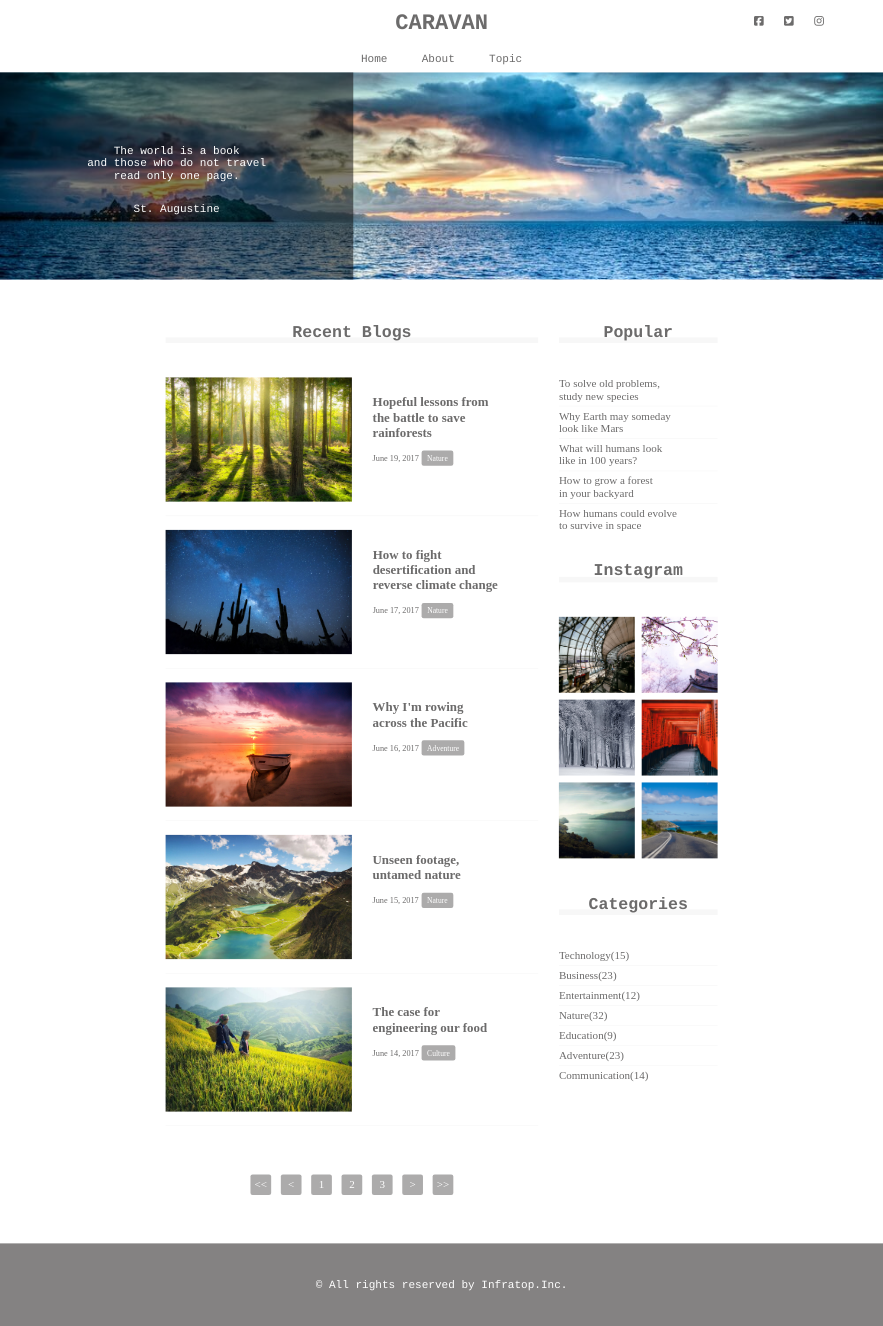
Repository: alamsamiha/html_css
Page: caravan/index.html
The author's editor kept a record of every edit. The page is drawn from the files as they stood at one moment, then again after the next edit.
The browser window is 1280 px wide. The pictures show the whole page, at 69% of full size.
Some web libraries are served in a nearby version.

Above is the page before.

### caravan/index.html
<!DOCTYPE html>
<html lang="ja">
  <head>
    <meta charset="UTF-8" />
    <meta name="viewport" content="width=device-width,initial-scale=1.0">
    <script src="https://kit.fontawesome.com/ce25878881.js" crossorigin="anonymous"></script>
    <!-- CSSファイルの読み込み -->
    <link rel="stylesheet" href="style.css" />
    <title>CARAVAN</title>
  </head>

  <body>

    <!-- header -->
    <header>
      <h1 class="heading">
        <a href="index.html">
          CARAVAN
        </a>
      </h1>
      <div class="social">
        <i class="fab fa-facebook-square"></i>
        <i class="fab fa-twitter-square"></i>
        <i class="fab fa-instagram"></i>
      </div>
    </header>

    <!-- navigation -->
    <nav>
      <ul class="nav-list">
        <li class="nav-list-item">
          <a href="index.html">Home</a>
        </li>
        <li class="nav-list-item">About</li>
        <li class="nav-list-item">Topic</li>
      </ul>
    </nav>

    <!-- main-visual用のdiv -->
    <div class="main-visual">
      <div class="main-visual-content">
        <!-- pタグ（と文字）を追加 -->
        <p class="main-visual-text">
          The world is a book<br />
          and those who do not travel<br />
          read only one page.
        </p>
        <p class="main-visual-name">
          St. Augustine
        </p>
      </div>
    </div>

    <!-- main用のdiv -->
    <main>
      <section class="blog">
        <h2 class="blog-heading">Recent Blogs</h2>
        <div class="blog-box">
          <div class="blog-item">
            <img class="blog-image" src="img/forest.jpg" />
            <section class="blog-text">
              <h3 class="blog-text-heading">
                <a href="single.html">
                  Hopeful lessons from<br>
                  the battle to save<br>
                  rainforests
                </a>
              </h3>
              <p class="blog-date">June 19, 2017</p>
              <span class="category">Nature</span>
            </section>
          </div>
          <div class="blog-item">
            <img class="blog-image" src="img/desert.jpg" />
            <section class="blog-text">
              <h3 class="blog-text-heading">
                <a href="single.html">
                  How to fight<br>
                  desertification and<br>
                  reverse climate change
                </a>
              </h3>
              <p class="blog-date">June 17, 2017</p>
              <span class="category">Nature</span>
            </section>
          </div>
          <div class="blog-item">
            <img class="blog-image" src="img/sunset.jpg" />
            <section class="blog-text">
              <h3 class="blog-text-heading">
                <a href="single.html">
                  Why I'm rowing<br>
                  across the Pacific
                </a>
              </h3>
              <p class="blog-date">June 16, 2017</p>
              <span class="category">Adventure</span>
            </section>
          </div>
          <div class="blog-item">
            <img class="blog-image" src="img/italy.jpg" />
            <section class="blog-text">
              <h3 class="blog-text-heading">
                <a href="single.html">
                  Unseen footage,<br>
                  untamed nature
                </a>
              </h3>
              <p class="blog-date">June 15, 2017</p>
              <span class="category">Nature</span>
            </section>
          </div>
          <div class="blog-item">
            <img class="blog-image" src="img/asia.jpg" />
            <section class="blog-text">
              <h3 class="blog-text-heading">
                <a href="single.html">
                  The case for<br>
                  engineering our food
                </a>
              </h3>
              <p class="blog-date">June 14, 2017</p>
              <span class="category">Culture</span>
            </section>
          </div>
        </div>
        <div class="pagination">
          <p><<</p>
          <p><</p>
          <p>1</p>
          <p>2</p>
          <p>3</p>
          <p>></p>
          <p>>></p>
        </div>
      </section>
      <div class="sidebar">
        <section class="popular">
          <h2 class="popular-heading common-heading">Popular</h2>
          <div class="sidebar-contents">
            <p class="popular-text">To solve old problems,<br>study new species</p>
            <p class="popular-text">Why Earth may someday<br>look like Mars</p>
            <p class="popular-text">What will humans look<br>like in 100 years?</p>
            <p class="popular-text">How to grow a forest<br>in your backyard</p>
            <p class="popular-text">How humans could evolve<br>to survive in space</p>
          </div>
        </section>
        <section class="instagram">
          <h2 class="instagram-heading common-heading">Instagram</h2>
          <div class="sidebar-contents">
            <div class="instagram-box"></div>
            <div class="instagram-box"></div>
            <div class="instagram-box"></div>
            <div class="instagram-box"></div>
            <div class="instagram-box"></div>
            <div class="instagram-box"></div>
          </div>
        </section>
        <section class="categories">
          <h2 class="categories-heading common-heading">Categories</h2>
          <div class="sidebar-contents">
            <p class="categories-text">Technology(15)</p>
            <p class="categories-text">Business(23)</p>
            <p class="categories-text">Entertainment(12)</p>
            <p class="categories-text">Nature(32)</p>
            <p class="categories-text">Education(9)</p>
            <p class="categories-text">Adventure(23)</p>
            <p class="categories-text">Communication(14)</p>
          </div>
        </section>
      </div>
    </main>

    <!-- footer -->
    <footer>
      <p class="footer-text">© All rights reserved by Infratop.Inc.</p>
    </footer>

  </body>
</html>

### caravan/style.css
/* ブラウザがそれぞれ持っているCSSをリセットするための記述 */
* {
  margin: 0;
  padding: 0;
  box-sizing: border-box;
  color: #6c6b6b;
}

a {
  text-decoration: none;
}

header, nav, h2, .main-visual, footer {
  font-family: Chalkduster, "Bradley Hand", Courier, "Segoe Print", sans-serif;
}

header {
  width: 90%; /* 横幅90% */
  padding: 15px 0;
  margin: 0 auto;
  text-align: center;
  position: relative; /* #socialの基準位置を相対位置へ変更する */
}

header .heading {
  /* headerタグ内のheadingクラスにのみ反映される */
  font-size: 32px;
}

.social {
  position: absolute; /* headerの左上を基準に絶対位置で指定する */
  top: 22px; /* headerの左上から22px下側へ移動する */
  right: 22px; /* headerの右上から22px左側へ移動する */
}

.social i {
  display: inline-block;
  margin-left: 20px;
}

.nav-list {
  text-align: center;
  padding: 10px 0;
  margin: 0 auto;
}

.nav-list-item {
  list-style: none;
  display: inline-block;
  margin: 0 20px;
}

.main-visual {
  width: 100%; /* 横幅いっぱい */
  height: 300px; /* 高さ300px */
  background-image: url(img/mv.jpg);
  background-size: cover; /* 縦横比を維持したまま背景領域を埋め尽くす */
  background-position: center; /* 背景画像を中央に配置 */
}

.main-visual-content {
  width: 40%; /* 横幅40% */
  height: 300px; /* 親の高さに揃える */
  background-color: rgba(0, 0, 0, 0.5); /* 背景色を半透明の黒にする */
  text-align: center; /* 文字を中央揃えにする */
  padding-top: 105px; /* 上側の内側余白で垂直方向の位置を調整 */
}

.main-visual-text {
  color: #fff; /* 文字色を白に変更 */
}

.main-visual-name {
  margin-top: 30px; /* 上側の外側の余白 */
  color: #fff; /* 文字色を白に変更 */
}

main {
  width: 800px; /* 横幅800px */
  display: flex; /* Flexboxの利用 */
  justify-content: center; /* 要素の横並び・中央寄せ */
  margin: 0 auto; /* 要素の中央揃え */
  padding: 70px 0; /* 上下に70px、左右に0pxの内側余白 */
}

.blog {
  width: 540px;
  margin-right: 30px; /* 領域の右側余白 */
}

.blog-heading {
  border-bottom: 8px solid #f7f7f7;
  text-align: center;
  line-height: 0.6;
}

.blog-box {
  padding-top: 50px;
}

.blog-item {
  padding-bottom: 20px;
  margin-bottom: 20px;
  border-bottom: 1px solid #f7f7f7;
  display: flex;
  justify-content: flex-start;}

.blog-image {
  height: 180px;
}

.blog-text {
  padding: 25px 0 0 30px;
}

.blog-text-heading {
  padding-bottom: 15px;
}

.blog-date {
  font-size: 12px;
  display: inline-block;
}

.category {
  display: inline-block;
  padding: 5px 8px;
  background-color: #acabab;
  border-radius: 3px;
  color: #fff;
  font-size: 11px;
}

.pagination {
  text-align: center;
  padding-top: 50px;
}

.pagination p {
  display: inline-block;
  width: 30px;
  height: 30px;
  margin: 0 5px;
  color: #fff;
  background-color: #acabab;
  border-radius: 3px;
  line-height: 30px;
}

.sidebar {
  width: 230px;
}

.common-heading {
  border-bottom: 8px solid #f7f7f7;
  text-align: center;
  line-height: 0.6;
}

.sidebar-contents {
  padding: 50px 0;
}

.popular-text,
.categories-text {
  padding-bottom: 5px;
  border-bottom: 1px solid #f7f7f7;
  margin-bottom: 5px;
}

.popular-text:last-child,
.categories-text:last-child {
  margin: 0;
  padding: 0;
  border: none;
}

.instagram .sidebar-contents {
  display: flex;
  flex-wrap: wrap;
}

.instagram-box {
  width: 110px;
  padding-top: 110px;
  background-size: cover;
  background-position: center;
  margin-bottom: 10px;
}

.instagram-box:nth-child(odd) {
  margin: 0 10px 10px 0;
}

.instagram-box:nth-child(1) {
  background-image: url(img/airport.jpg);
}

.instagram-box:nth-child(2) {
  background-image: url(img/japan.jpg);
}

.instagram-box:nth-child(3) {
  background-image: url(img/snow.jpg);
}

.instagram-box:nth-child(4) {
  background-image: url(img/japan2.jpg);
}

.instagram-box:nth-child(5) {
  background-image: url(img/lake.jpg);
}

.instagram-box:nth-child(6) {
  background-image: url(img/road.jpg);
}

footer {
  width: 100%;
  height: 120px;
  text-align: center;
  line-height: 120px;
  background-color: #848282;
}

.footer-text {
  color: #fff;
}

After the next edit:
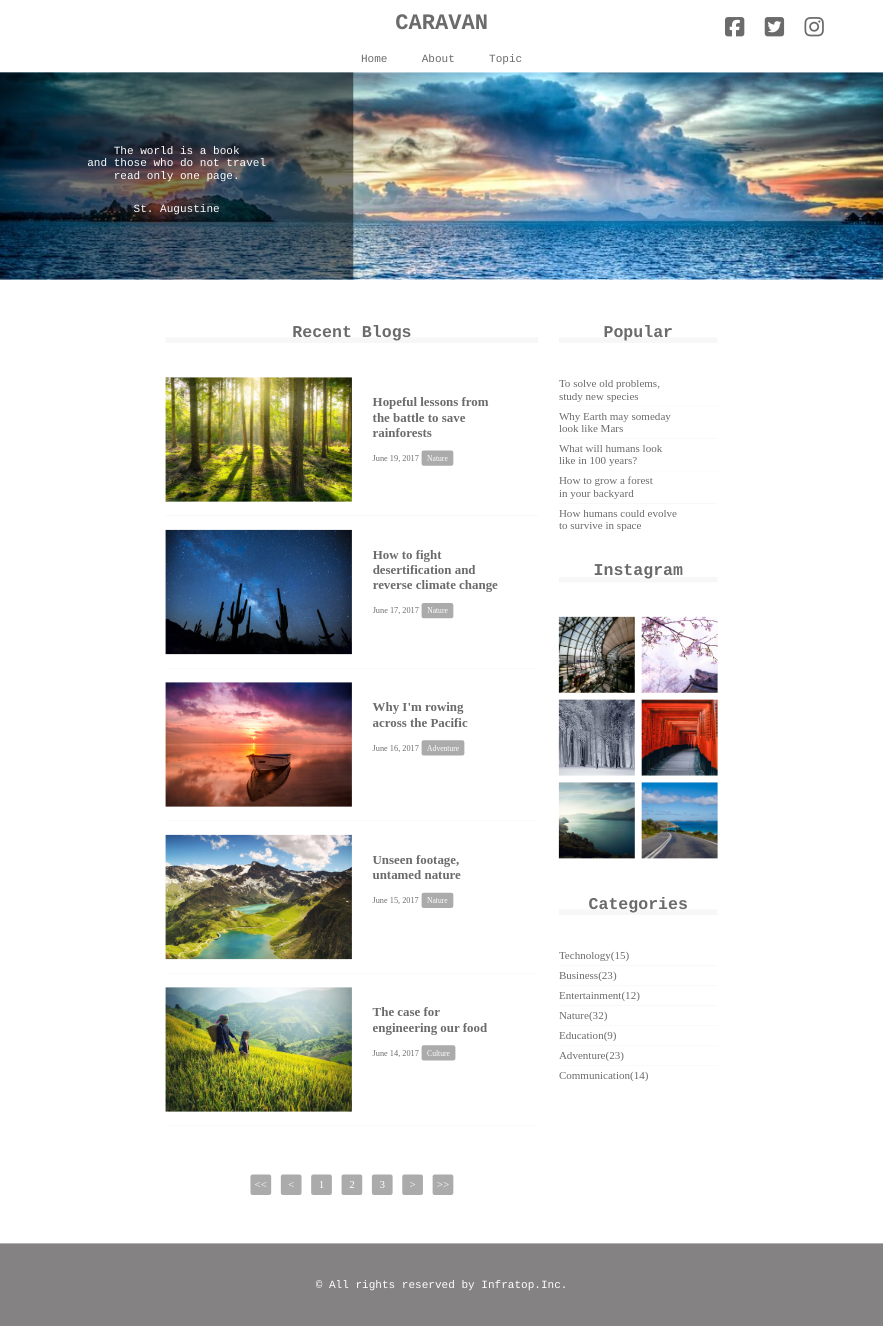
The edit:
--- a/caravan/style.css
+++ b/caravan/style.css
@@ -36,6 +36,16 @@
 .social i {
   display: inline-block;
   margin-left: 20px;
+}
+
+.fab {
+  font-size: 32px;
+}
+
+.position {
+  position: absolute;
+  top: 100px;
+  right: 40px;
 }
 
 .nav-list {
